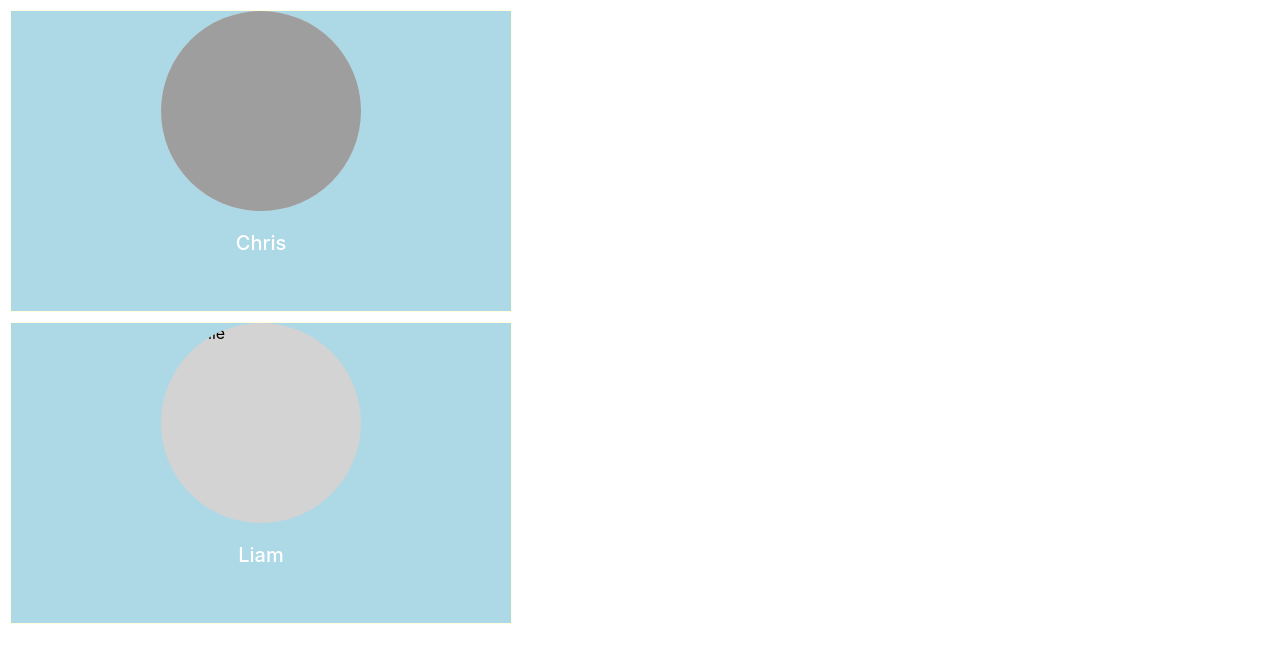
Repository: YEOMJINSEOP/React
Page: / (app in simpleExample/nameCard/)
An editor plug-in stored every save of this project. The page is shown before and after the next save, followed by the edit.
The browser window is 1280 px wide. The pictures show the whole page.
Pictures or frames that could not be fetched are drawn as grey boxes. The project was rebuilt for these pictures with package versions that can differ from the ones it lists, and the page was loaded fresh each time. Also part of the build but not shown: simpleExample/nameCard/src/app.css.

Above is the page before, as saved 2023-01-06 15:03:54.

### simpleExample/nameCard/public/index.html
<!DOCTYPE html>
<html lang="en">
  <head>
    <meta charset="utf-8" />
    <link rel="icon" href="%PUBLIC_URL%/favicon.ico" />
    <meta name="viewport" content="width=device-width, initial-scale=1" />
    <meta name="theme-color" content="#000000" />
    <meta
      name="description"
      content="Web site created using create-react-app"
    />

    <title>App</title>
  </head>
  <body>
    <noscript>You need to enable JavaScript to run this app.</noscript>
    <div id="root"></div>
  </body>
</html>

### simpleExample/nameCard/src/index.js
import React from 'react';
import ReactDOM from 'react-dom/client';
import './index.css';
import App from './app.jsx';

const root = ReactDOM.createRoot(document.getElementById('root'));
root.render(
  <React.StrictMode>
    <App />
  </React.StrictMode>
);

### simpleExample/nameCard/src/app.jsx
import React from 'react';
import './app.css';
import NameCard from './nameCard';

function App() {
  return(
    <>
      <NameCard name={'Chris'} profileImage={'https://images.unsplash.com/photo-1438761681033-6461ffad8d80?ixlib=rb-4.0.3&ixid=MnwxMjA3fDB8MHxwaG90by1wYWdlfHx8fGVufDB8fHx8&auto=format&fit=crop&w=1770&q=80'}/>
      <NameCard name={'Liam'} profileImag={'/Users/yeomjinseop/Documents/GitHub/React/nameCard/public/images/profileImage.avif'}/>
    </>
  )
}

export default App;

### simpleExample/nameCard/src/nameCard.jsx
import React from 'react';
import styles from './nameCard.module.css';

function NameCard({name, profileImage}) {

  return (
    <div className={styles.nameCard}>
      <img className={styles.profileImage}
        src = {profileImage}
        alt = 'profile'
        >
      </img>
      <span className={styles.name}>{name}</span>
    </div>
  );
}

export default NameCard;

### simpleExample/nameCard/src/nameCard.module.css
.nameCard{
  width: 500px;
  height: 300px;
  background-color: lightblue;
  display: flex;
  flex-direction: column;
  align-items: center;
  border: 1px solid lightyellow;
  margin: 10px;
}

.profileImage{
  box-sizing: border-box;
  background-color: lightgray;
  width: 200px;
  height: 200px;
  border-radius: 100%;
  margin-top: 20px;
  display: block;
  margin: 0 auto;
}

.name {
  color: white;
  font-size: 20px;
  font-weight: 500;
  margin-top: 20px;
}

Loaded but not shown: simpleExample/nameCard/src/index.css (common file)

After the next save:
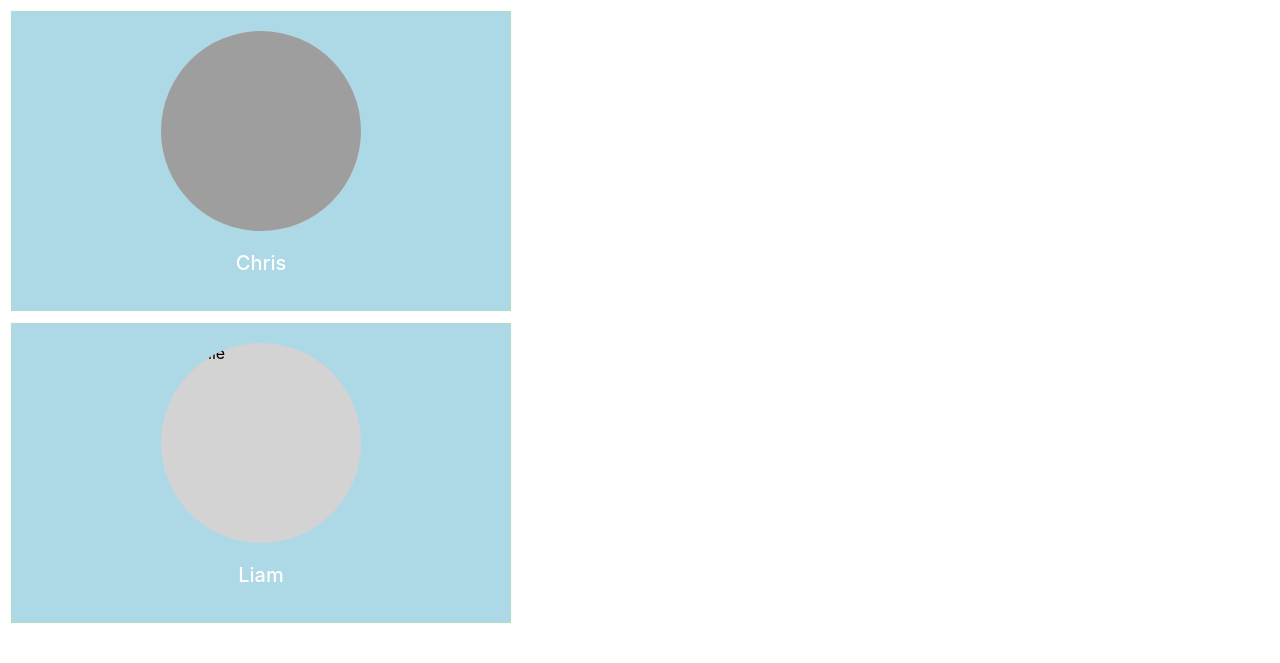
Saved 27 s later.
--- a/simpleExample/nameCard/src/nameCard.module.css
+++ b/simpleExample/nameCard/src/nameCard.module.css
@@ -16,8 +16,7 @@
   height: 200px;
   border-radius: 100%;
   margin-top: 20px;
-  display: block;
-  margin: 0 auto;
+
 }
 
 .name {
